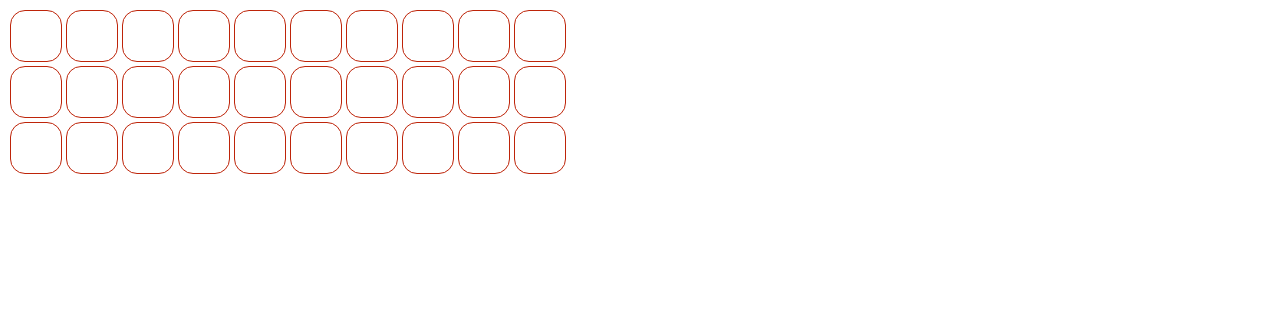
Repository: LechCieslak/anchor_and_anchois
Page: index.html
These files come from the project's save history. The page is drawn as it stood at one moment and after a run of saves; the edit follows.
The browser window is 1280 px wide. The pictures show the whole page.

Above is the page before, as saved 2020-04-20 21:54:24.

After the next 2 saves:
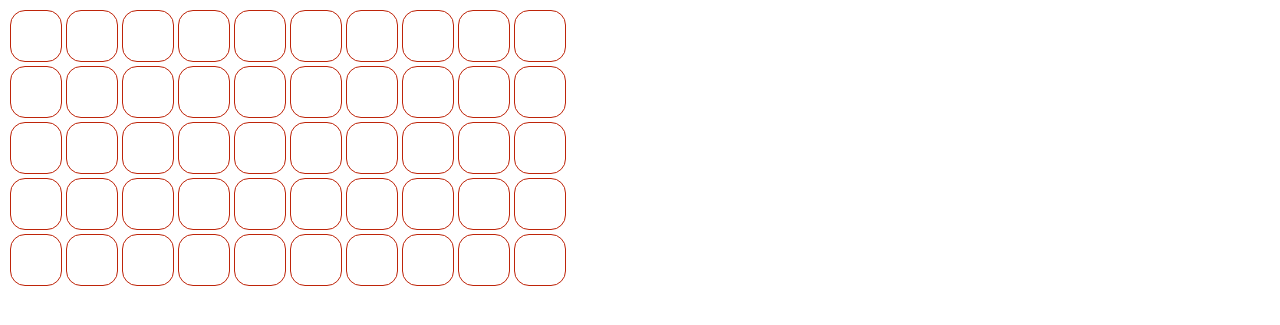
The 2 saves are shown as one change because they came seconds apart.
The last was saved 7 s later.
--- a/index.html
+++ b/index.html
@@ -43,7 +43,26 @@
         <div class="field"></div>
         <div class="field"></div>
 
-
+        <div class="field"></div>
+        <div class="field"></div>
+        <div class="field"></div>
+        <div class="field"></div>
+        <div class="field"></div>
+        <div class="field"></div>
+        <div class="field"></div>
+        <div class="field"></div>
+        <div class="field"></div>
+        <div class="field"></div>
+        <div class="field"></div>
+        <div class="field"></div>
+        <div class="field"></div>
+        <div class="field"></div>
+        <div class="field"></div>
+        <div class="field"></div>
+        <div class="field"></div>
+        <div class="field"></div>
+        <div class="field"></div>
+        <div class="field"></div>
     </div>
 
     <!-- <button onclick="boberFunc()">click me</button> -->
